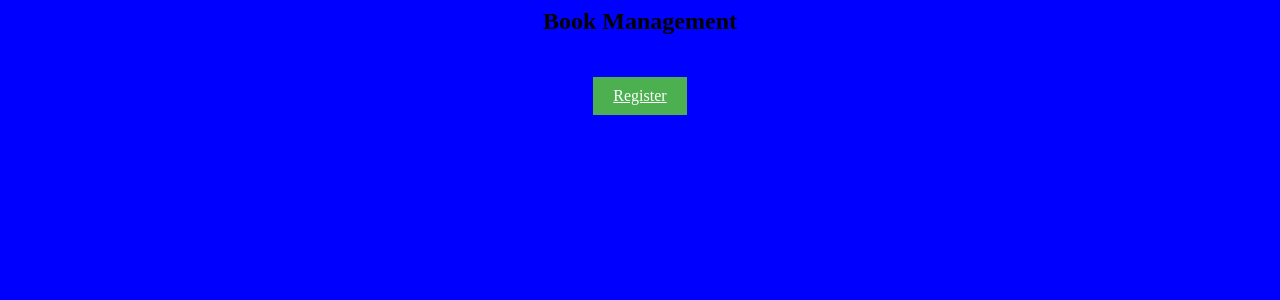
Repository: Chandu8397/hibernate
Page: http://localhost/assignments/
The author's editor kept a copy of each file at every save. The page is drawn from the files as they stood at one save, then again after the next save.
The browser window is 1280 px wide. The pictures show the whole page.
The page is served by Tomcat 9.

Above is the page before, as saved 2024-12-03 17:01:54.

After the next save:
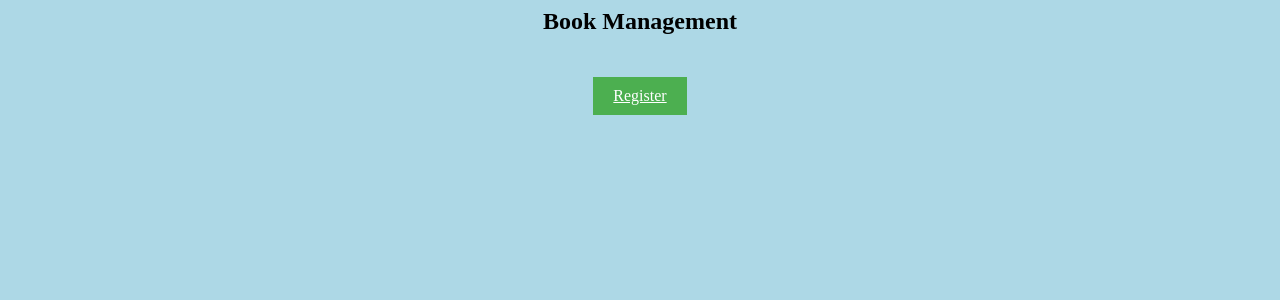
Saved 21 s later.
--- a/assignments/src/main/webapp/index.jsp
+++ b/assignments/src/main/webapp/index.jsp
@@ -4,7 +4,7 @@
 	h1{color:blue;text-align:center}
 	p{color:brown;text-align:center}
 
-	body{background-color:blue; text-align:center}
+	body{background-color:lightBlue; text-align:center}
 	.button {
   background-color: #4CAF50; /* Green */
   border: none;
